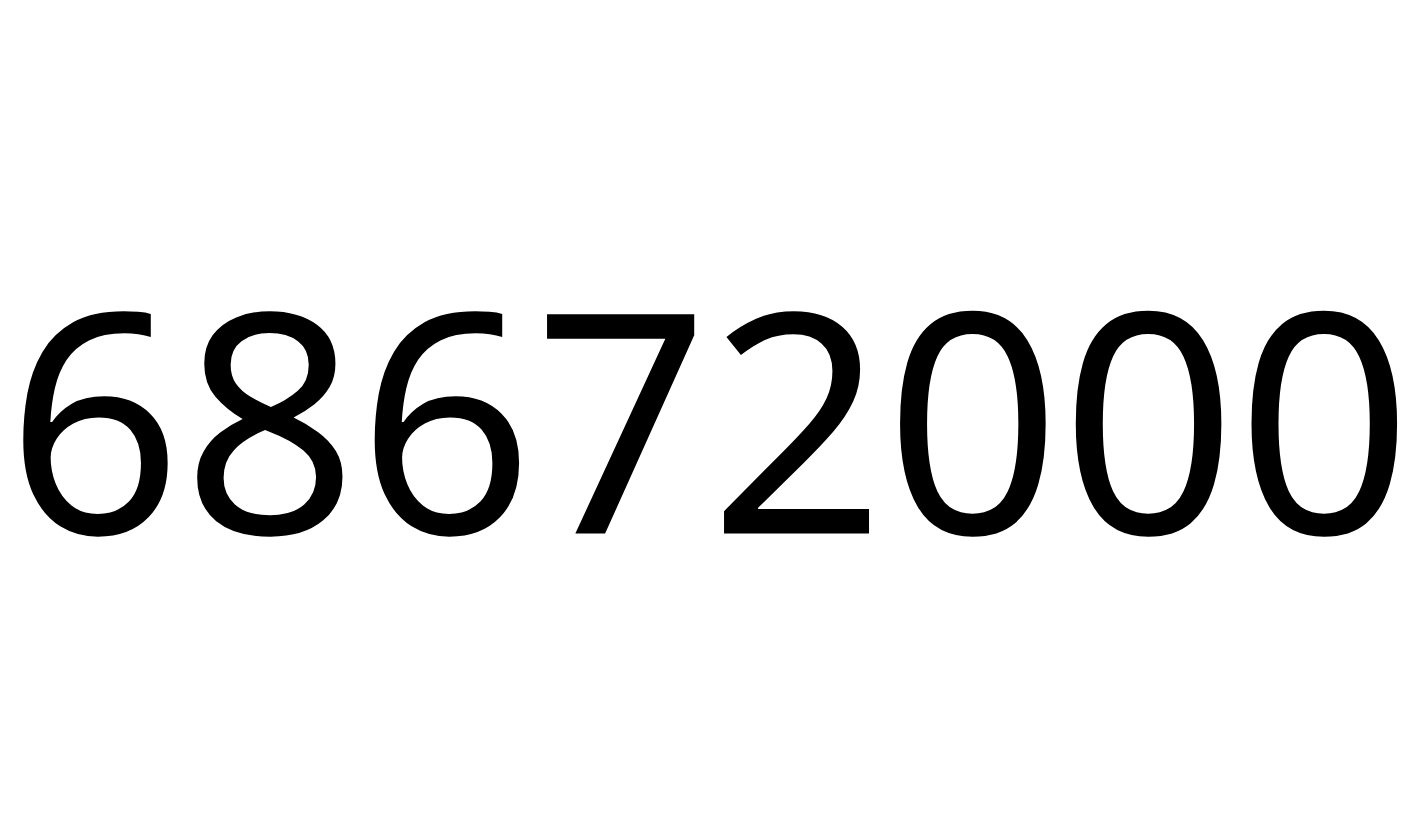
Repository: end888160/end888160.github.io
Page: today_linefont.html
The author's editor kept a copy of each file at every save. The page is drawn from the files as they stood at one save, then again after the next save.
The browser window is 1280 px wide. The page is 1765 px wide, then 1280 px, so the pictures cover 1765 px, including what lies to the right of the window. The pictures show the whole page, at 80% of full size.
Some web fonts or font styles are not loaded; a fallback is used.

Above is the page before, as saved 2024-09-22 22:06:41.

### today_linefont.html
<!DOCTYPE html>
<html>
<head>
	<link rel="preconnect" href="https://fonts.googleapis.com">
	<link rel="preconnect" href="https://fonts.gstatic.com" crossorigin>
	<link href="https://fonts.googleapis.com/css2?family=Linefont:wdth,wght@200,4..1000&display=swap" rel="stylesheet">
<style>

h1 {
	text-align: center;
	font-size: 1000%;
	font-family: "Linefont", system-ui;
  font-optical-sizing: auto;
  font-weight: 100;
  font-style: normal;
  font-variation-settings: "wdth" 200;
  font-size: 30vw;
}
@media (prefers-color-scheme: light) {
		html {
		background-color: white;
		color: black;
		}
	}
	@media (prefers-color-scheme: dark) {
		html {
		font-family: Arial, Helvetica, sans-serif;
		background-color: black;
		color: white;
		}
	}
</style>
</head>
<body>
<h1 id="time"></h1>
<script>
	function clock() {
	var now = new Date();
	var hours = now.getHours();
	var minutes = now.getMinutes();
	var seconds = now.getSeconds();
	var mseconds = now.getMilliseconds();
	var seconds_a_day = hours * 3600000 + minutes * 6000 + seconds * 1000 + mseconds;
	document.getElementById("time").innerHTML = seconds_a_day;
	setTimeout(clock, 1);
	}
	clock()
</script>
</body>
</html>

After the next save:
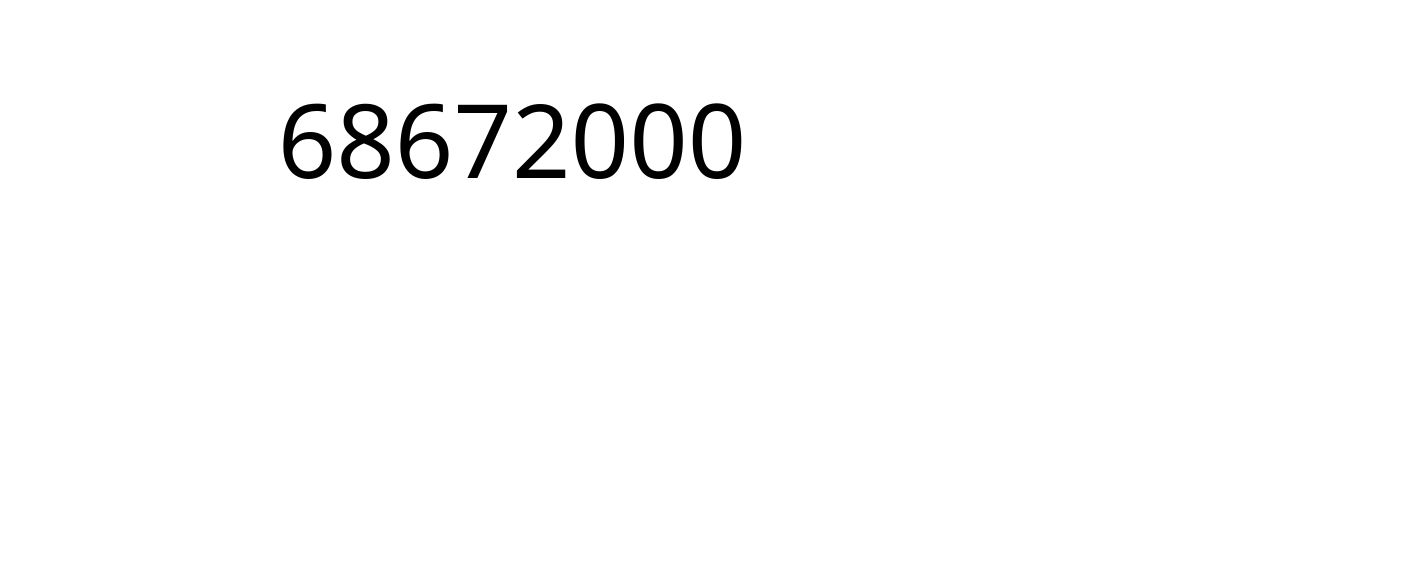
Saved 17 s later.
--- a/today_linefont.html
+++ b/today_linefont.html
@@ -14,7 +14,7 @@ h1 {
   font-weight: 100;
   font-style: normal;
   font-variation-settings: "wdth" 200;
-  font-size: 30vw;
+  font-size: 10vw;
 }
 @media (prefers-color-scheme: light) {
 		html {
